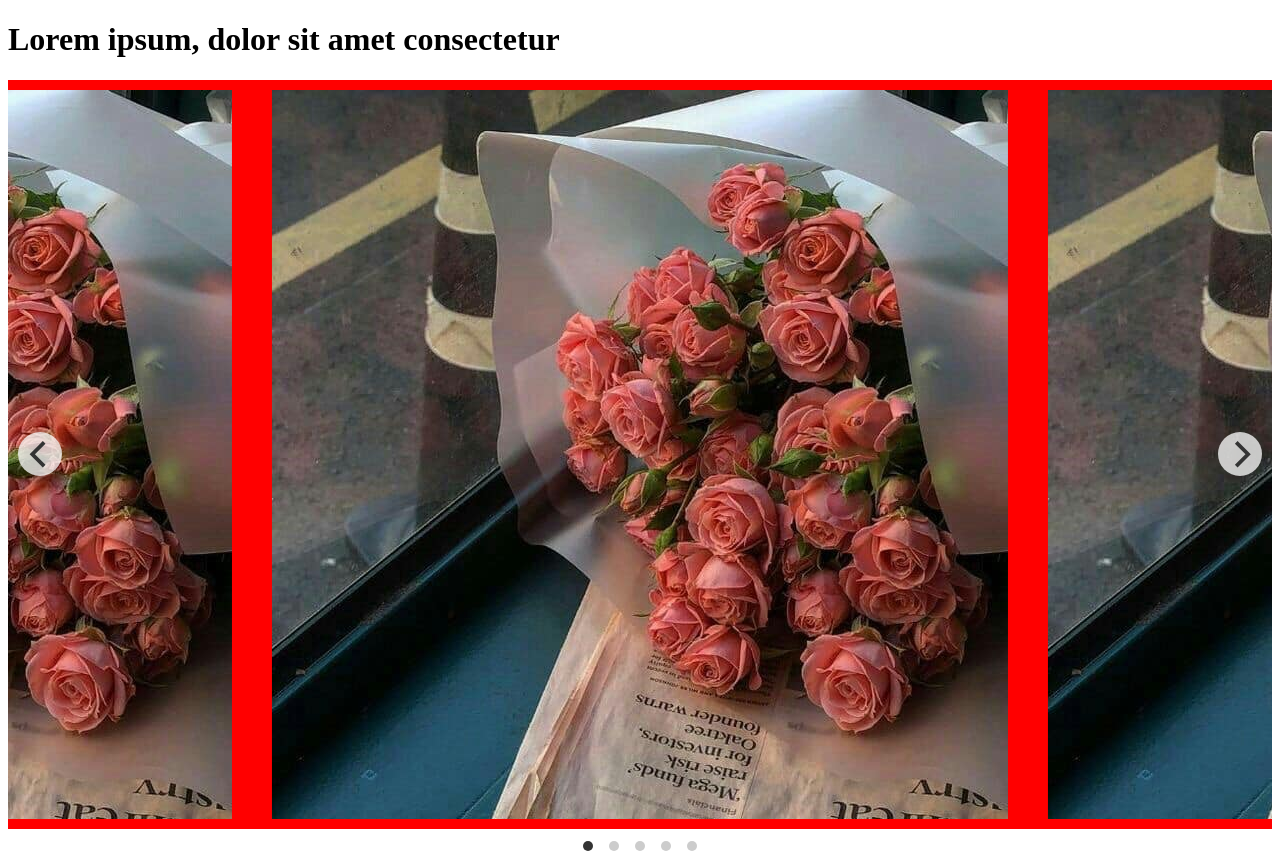
Repository: tongdkhai/Graphic-Art-Mart
Page: test/test.html
These files come from the project's save history. The page is drawn as it stood at one moment and after the next save; the edit follows.
The browser window is 1280 px wide. The pictures show the whole page.

Above is the page before, as saved 2022-10-26 08:48:27.

After the next save:
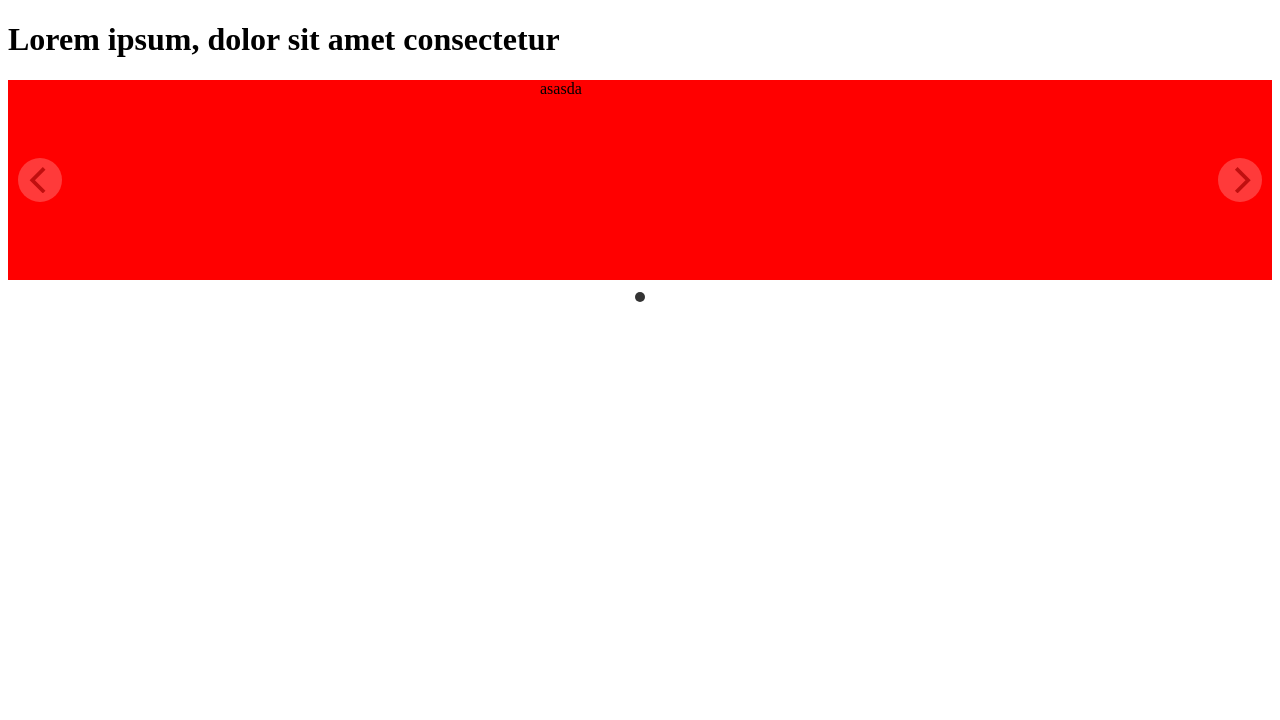
Saved 6 min 24 s later.
--- a/test/test.html
+++ b/test/test.html
@@ -40,6 +40,14 @@
       .img {
         padding: 10px 20px;
       }
+      .container {
+        width: 200px;
+        height: 200px;
+        background-color: red;
+      }
+      .text {
+        color: #000;
+      }
     </style>
   </head>
   <body>
@@ -48,11 +56,12 @@
       class="carousel"
       data-flickity='{"freeScroll": true, "wrapAround": true}'
     >
-      <img src="./image.jpg" alt="" class="img">
-      <img src="./image.jpg" alt="" class="img">
-      <img src="./image.jpg" alt="" class="img">
-      <img src="./image.jpg" alt="" class="img">
-      <img src="./image.jpg" alt="" class="img">
+    <div class="container">
+      <div class="text">
+        asasda
+      </div>
+    </div>
+
 
     </div>
     <script type="text/javascript" src="https://unpkg.com/flickity@2.3.0/dist/flickity.pkgd.min.js"></script>
